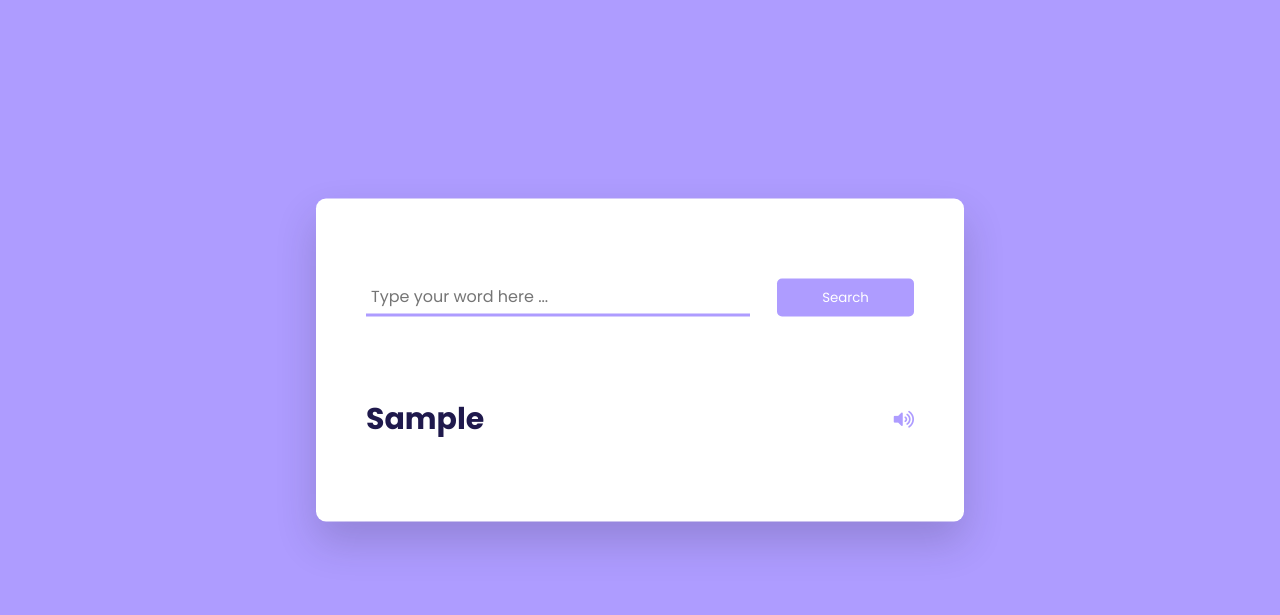
Repository: MohamedMostafaTaha/Translation_app
Page: index.html
An editor plug-in stored every save of this project. The page is shown before and after the next save, followed by the edit.
The browser window is 1280 px wide. The pictures show the whole page.

Above is the page before, as saved 2023-09-16 18:17:27.

### index.html
<!DOCTYPE html>
<html lang="en">
  <head>
    <meta charset="UTF-8" />
    <meta name="viewport" content="width=device-width, initial-scale=1.0" />
    <title>Document</title>
    <link
      rel="stylesheet"
      href="https://cdnjs.cloudflare.com/ajax/libs/font-awesome/5.15.4/css/all.min.css"
    />
    <link rel="preconnect" href="https://fonts.googleapis.com" />
    <link rel="preconnect" href="https://fonts.gstatic.com" crossorigin />
    <link
      href="https://fonts.googleapis.com/css2?family=Poppins:ital,wght@0,100;0,200;0,300;0,400;0,500;0,600;0,700;0,800;0,900;1,100;1,200;1,300;1,400;1,500;1,600;1,700;1,800;1,900&display=swap"
      rel="stylesheet"
    />
    <link rel="stylesheet" href="style.css" />
  </head>
  <body>
    <div class="container">
      <div class="search-box">
        <input
          type="text"
          placeholder="Type your word here ..."
          id="inp-word"
        />
        <button id="search-btn">Search</button>
      </div>

      <div class="result">
        <div class="word">
          <h3>Sample</h3>
          <button>
            <i class="fas fa-volume-up"></i>
          </button>
        </div>
      </div>
    </div>
    <script src="main.js"></script>
  </body>
</html>

### style.css
* {
  padding: 0;
  margin: 0;
  box-sizing: border-box;
}

*:not(i) {
  font-family: "Poppins", sans-serif;
}

body {
  background-color: #ae9cff;
}

.container {
  background-color: #ffffff;
  width: 90vmin;
  position: absolute;
  transform: translate(-50%, -50%);
  top: 50%;
  left: 50%;
  padding: 80px 50px;
  border-radius: 10px;
  box-shadow: 0 20px 40px rgba(38, 33, 61, 0.2);
}

.search-box {
  width: 100%;
  display: flex;
  justify-content: space-between;
}

.search-box input {
  padding: 5px;
  width: 70%;
  border: none;
  outline: none;
  border-bottom: 3px solid #ae9cff;
  font-size: 16px;
}

.search-box button {
  padding: 5px 0;
  width: 25%;
  background-color: #ae9cff;
  border: none;
  outline: none;
  color: white;
  border-radius: 5px;
}

.result {
  position: relative;
}

.result h3 {
  font-size: 30px;
  color: #1f194c;
}

.result .word {
  display: flex;
  justify-content: space-between;
  margin-top: 80px;
}

.result button {
  background-color: transparent;
  color: #ae9cff;
  border: none;
  outline: none;
  font-size: 18px;
}

Loaded but not shown: main.js (no copy from this time; the picture is the same without it)

After the next save:
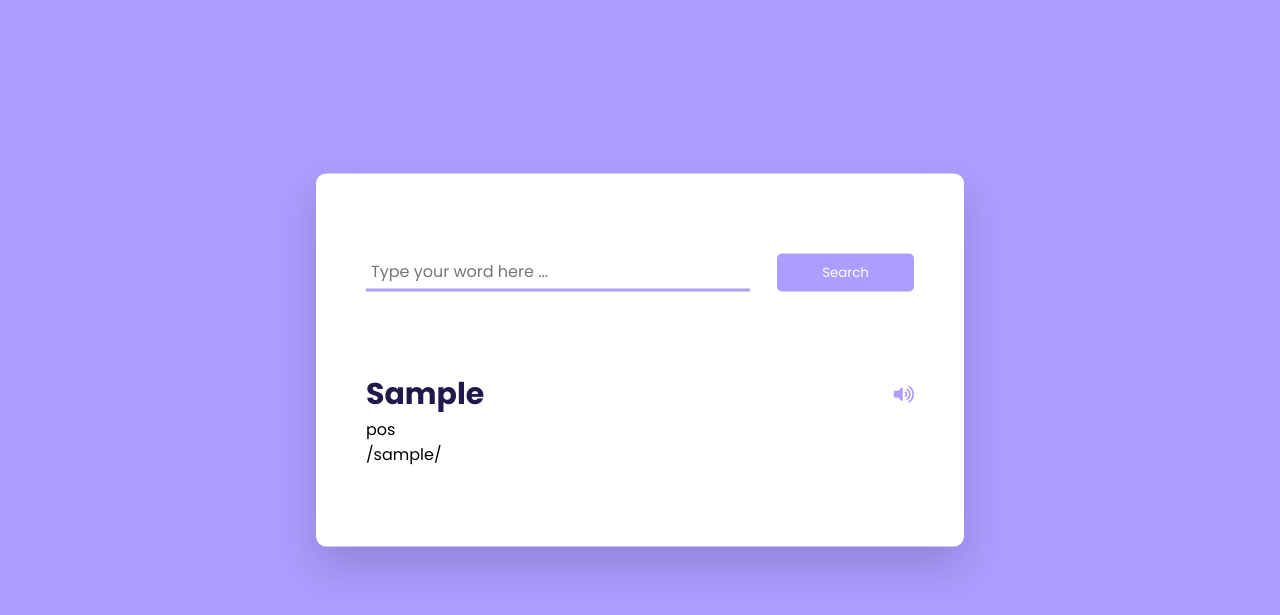
Saved 8 min 14 s later.
--- a/index.html
+++ b/index.html
@@ -34,6 +34,11 @@
             <i class="fas fa-volume-up"></i>
           </button>
         </div>
+
+        <div class="details">
+          <p>pos</p>
+          <p>/sample/</p>
+        </div>
       </div>
     </div>
     <script src="main.js"></script>
